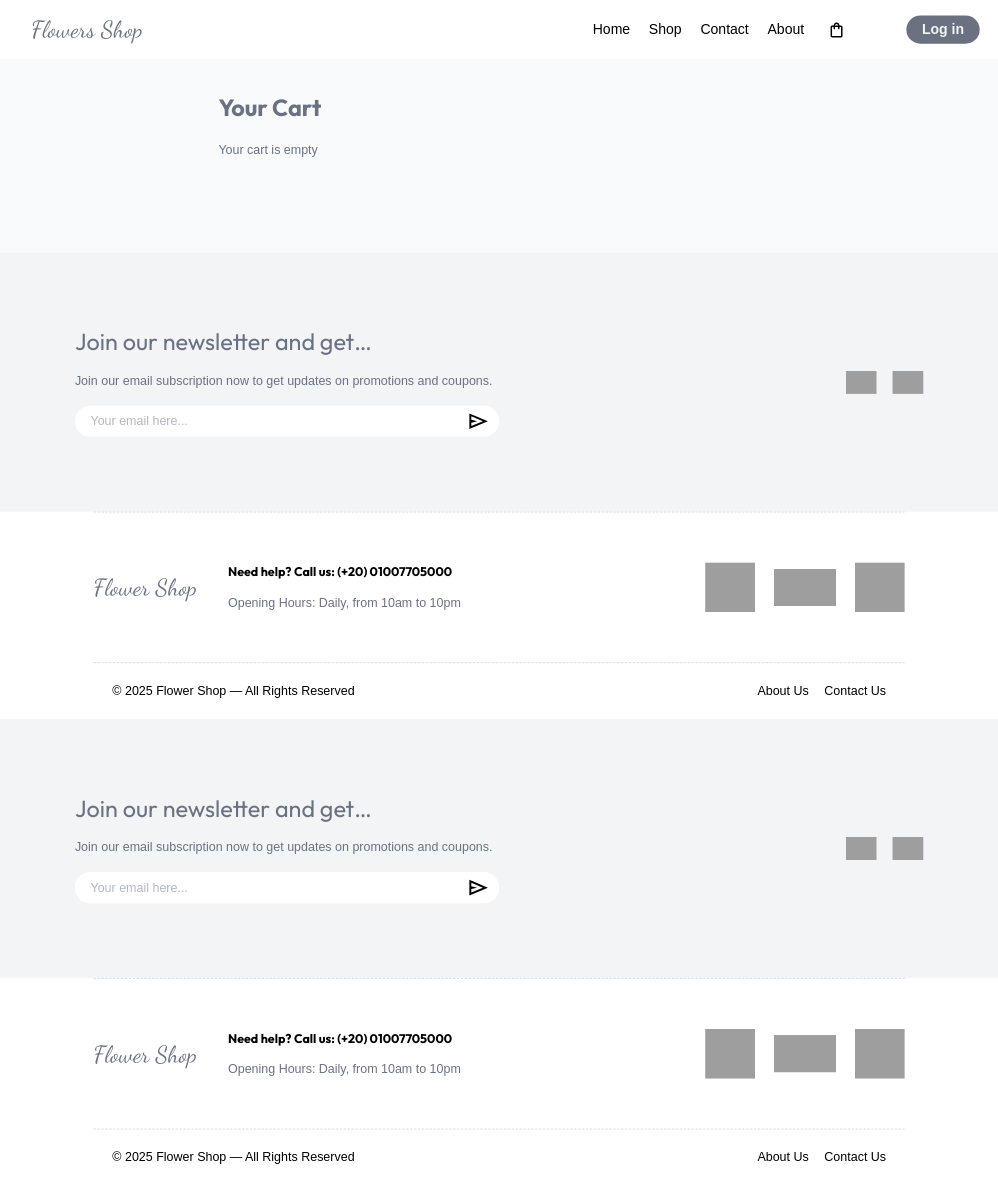
Repository: NotDebugger/flowers-shop
Page: /cart
An editor plug-in stored every save of this project. The page is shown before and after the next save, followed by the edit.
The browser window is 1280 px wide. The pictures show the whole page, at 78% of full size.
Pictures or frames that could not be fetched are drawn as grey boxes. The page's requests for data from a server got no answer. Some web fonts or font styles are not loaded; a fallback is used. The project was rebuilt for these pictures with package versions that can differ from the ones it lists, and the page was loaded fresh each time. No one was signed in, and anything a server would have sent is missing. Also part of the build but not shown: vite.config.js, src/contexts/cartContext.js, src/hooks/useCart.js, src/components/ProductCard.jsx, src/pages/Shop.jsx, src/pages/ProductPage.jsx, src/components/FeaturedProducts.jsx, src/pages/Home.jsx and 5 more.

Above is the page before, as saved 2026-04-06 15:05:27.

After the next save:
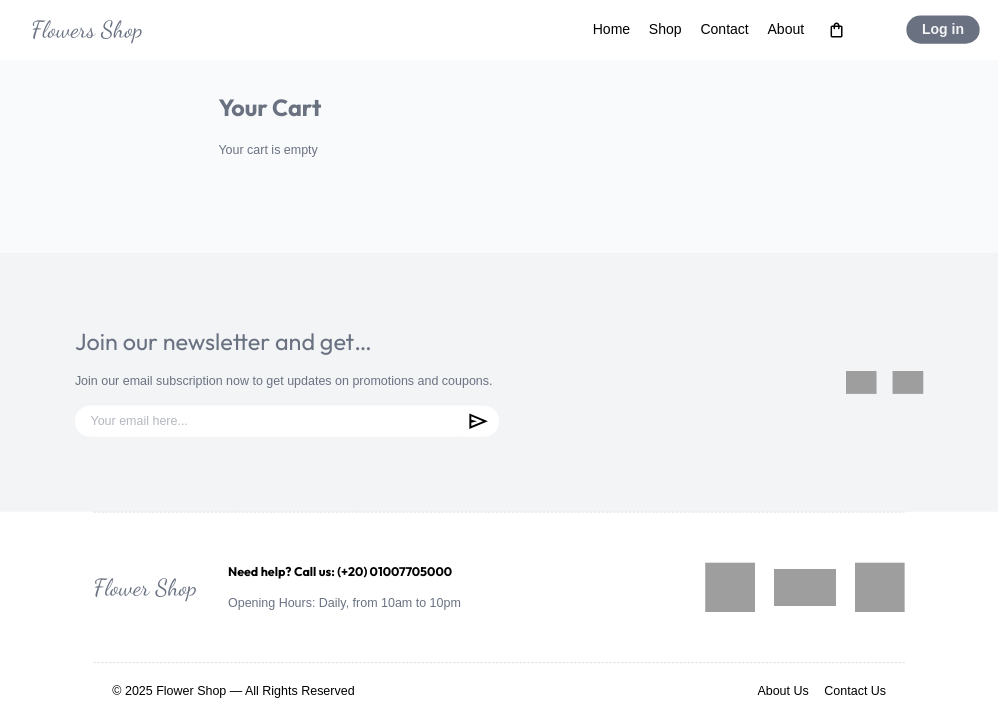
Saved 22 s later.
--- a/src/pages/Cart.jsx
+++ b/src/pages/Cart.jsx
@@ -1,12 +1,11 @@
-import Footer from "../components/Footer";
 import { useNavigate } from "react-router-dom";
 
 export default function Cart({ cart, setCart }) {
   const increase = (id) => {
     setCart(
       cart.map((item) =>
-        item.id === id ? { ...item, count: (item.count || 1) + 1 } : item
-      )
+        item.id === id ? { ...item, count: (item.count || 1) + 1 } : item,
+      ),
     );
   };
   const decrease = (id) => {
@@ -14,8 +13,8 @@ export default function Cart({ cart, setCart }) {
       cart.map((item) =>
         item.id === id
           ? { ...item, count: Math.max(1, (item.count || 1) - 1) }
-          : item
-      )
+          : item,
+      ),
     );
   };
 
@@ -31,7 +30,9 @@ export default function Cart({ cart, setCart }) {
     <>
       <div className="py-24 bg-gray-50">
         <div className="p-6 max-w-3xl mx-auto">
-          <h1 className="text-3xl font-bold mb-6 outfit text-gray-500">Your Cart</h1>
+          <h1 className="text-3xl font-bold mb-6 outfit text-gray-500">
+            Your Cart
+          </h1>
 
           {cart.length === 0 ? (
             <p className="text-gray-500">Your cart is empty</p>
@@ -110,8 +111,6 @@ export default function Cart({ cart, setCart }) {
           )}
         </div>
       </div>
-
-      <Footer />
     </>
   );
 }
